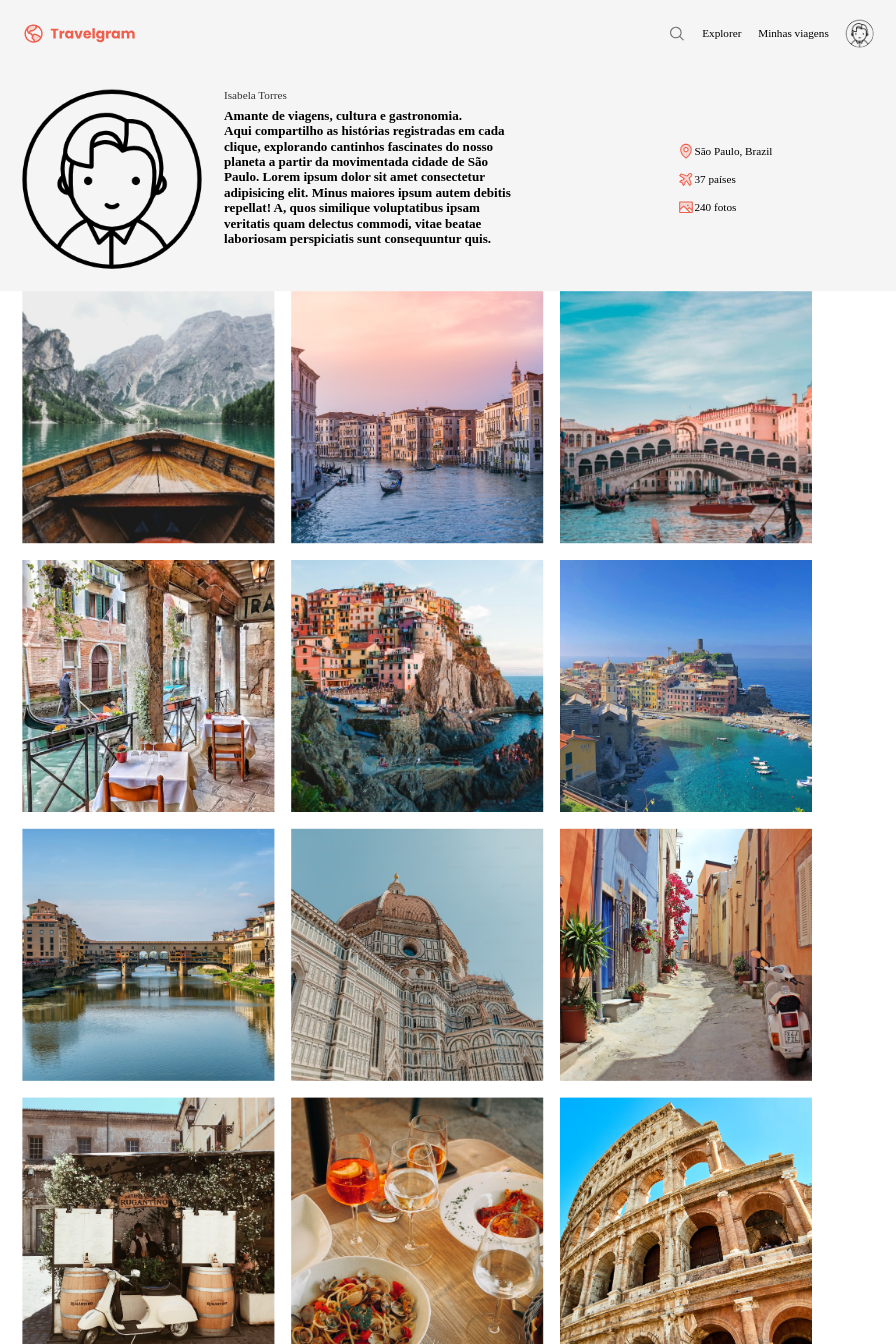
Repository: JeffRodFer/projeto-Travelgran-Rockeseat
Page: index.html
The author's editor kept a copy of each file at every save. The page is drawn from the files as they stood at one save, then again after the next save.
The browser window is 1280 px wide. The pictures show the part of the page from y = 0 to 1920 px (the page is 2696 px tall before and 2600 px after), at 70% of full size.

Above is the page before, as saved 2025-03-22 20:42:41.

After the next save:
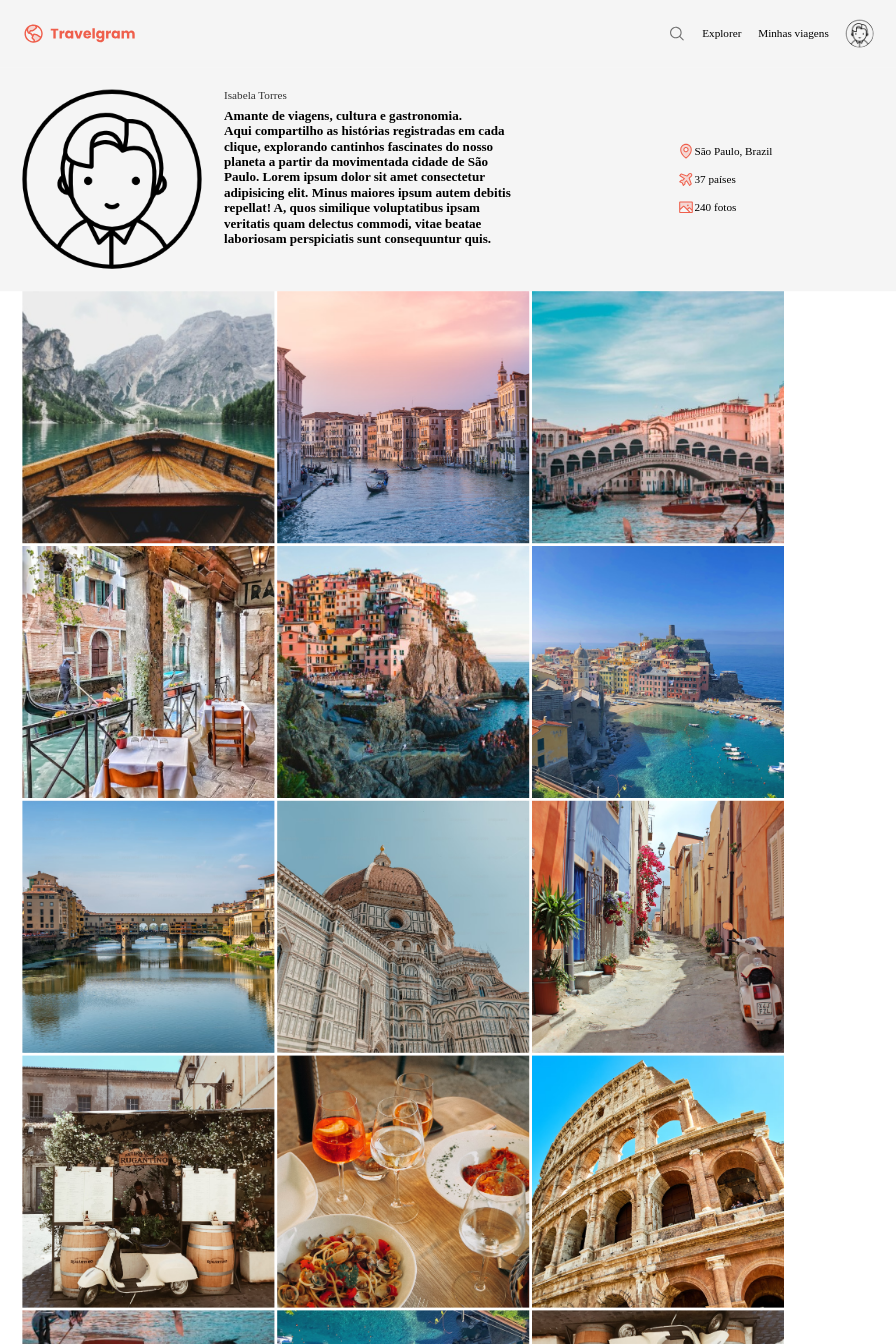
Saved 53 s later.
--- a/styles/main.css
+++ b/styles/main.css
@@ -1,5 +1,5 @@
 main {
-    display: flex;
+    display:;
     flex-wrap: wrap;
     gap: 24px;
 }

After the 3 saves that followed:
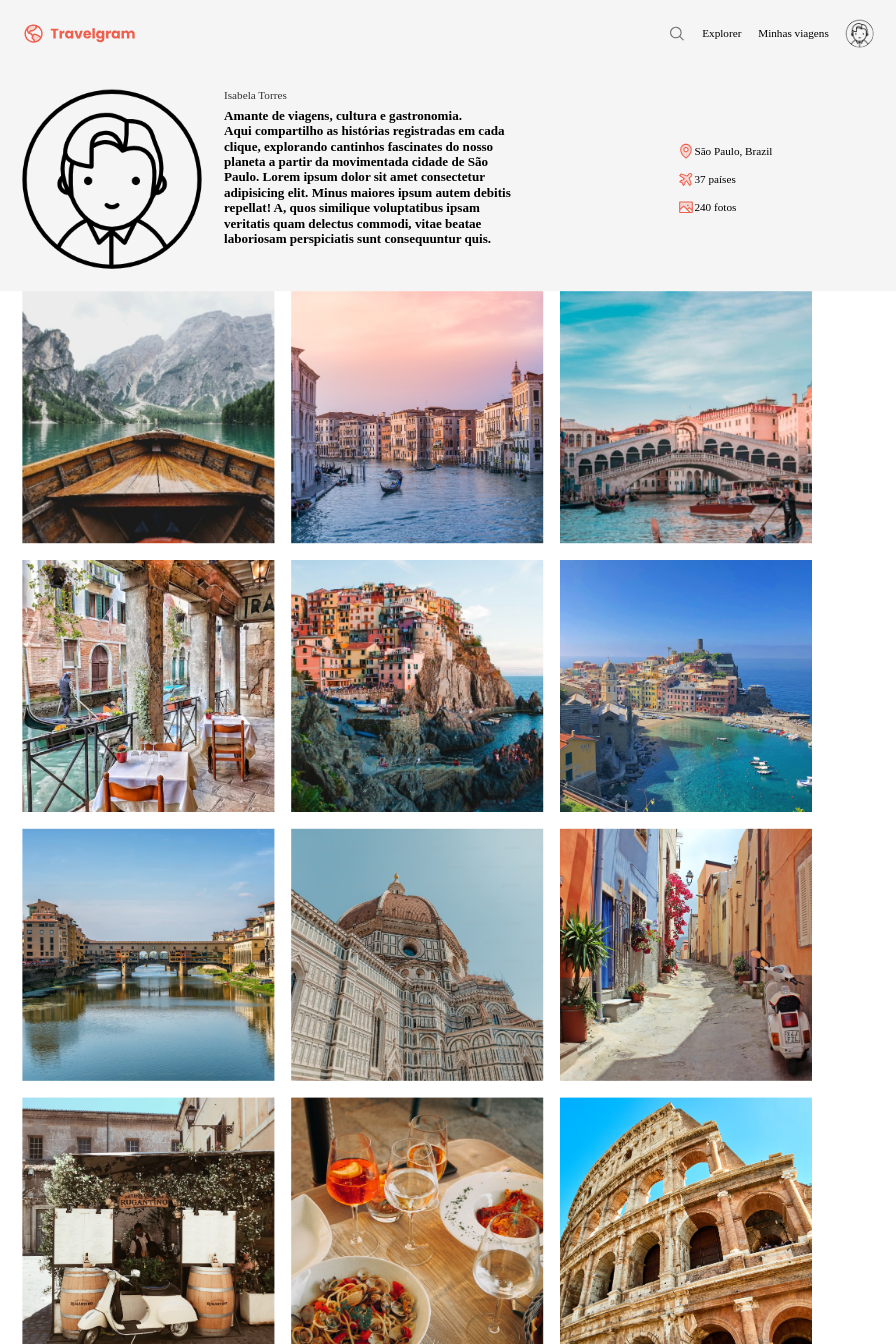
The 3 saves are shown as one change because 1 left the picture as it was and some came seconds apart.
The last was saved 29 s later.
--- a/styles/main.css
+++ b/styles/main.css
@@ -1,5 +1,5 @@
 main {
-    display:;
+    display: flex;
     flex-wrap: wrap;
     gap: 24px;
 }
